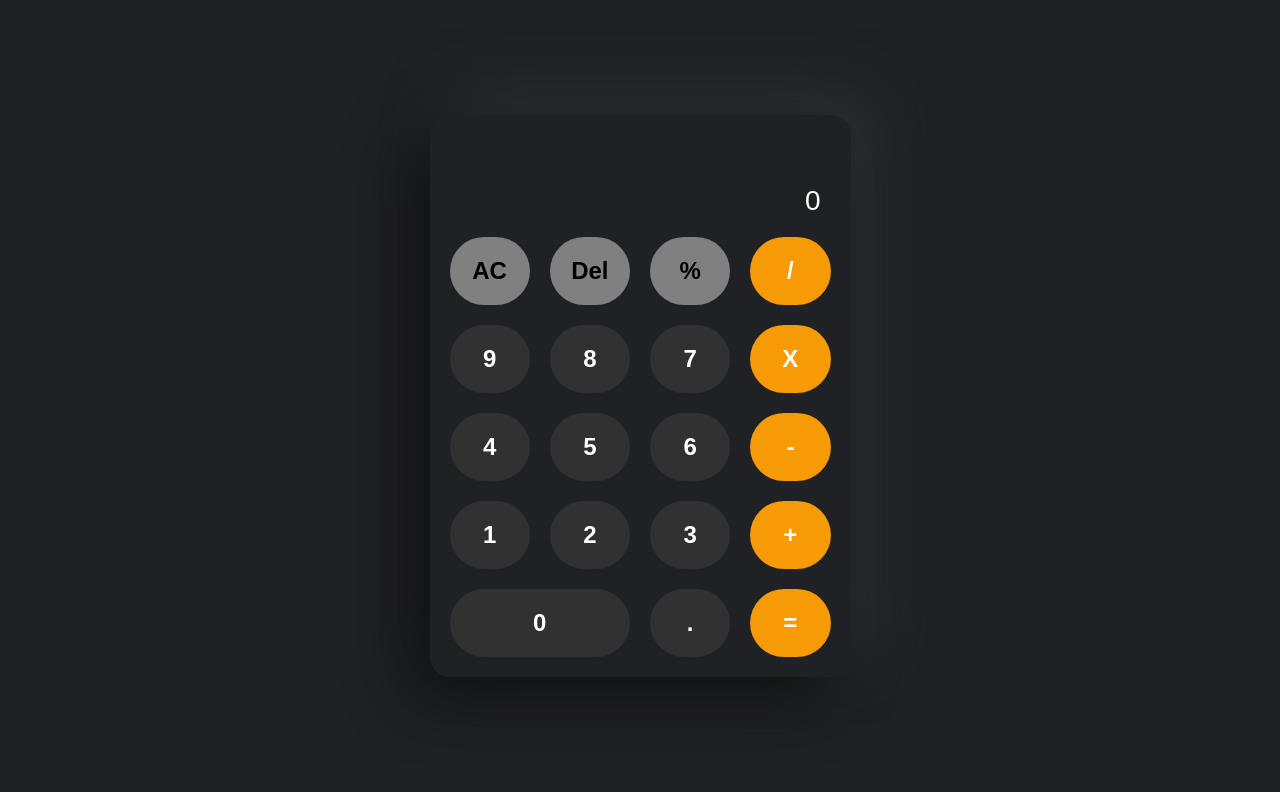
Repository: ble-syn/reactCalculator
Page: /
The author's editor kept a copy of each file at every save. The page is drawn from the files as they stood at one save, then again after the next save.
The browser window is 1280 px wide. The pictures show the whole page.
The project was rebuilt for these pictures with package versions that can differ from the ones it lists, and the page was loaded fresh each time.

Above is the page before, as saved 2022-10-06 22:57:01.

After the next save:
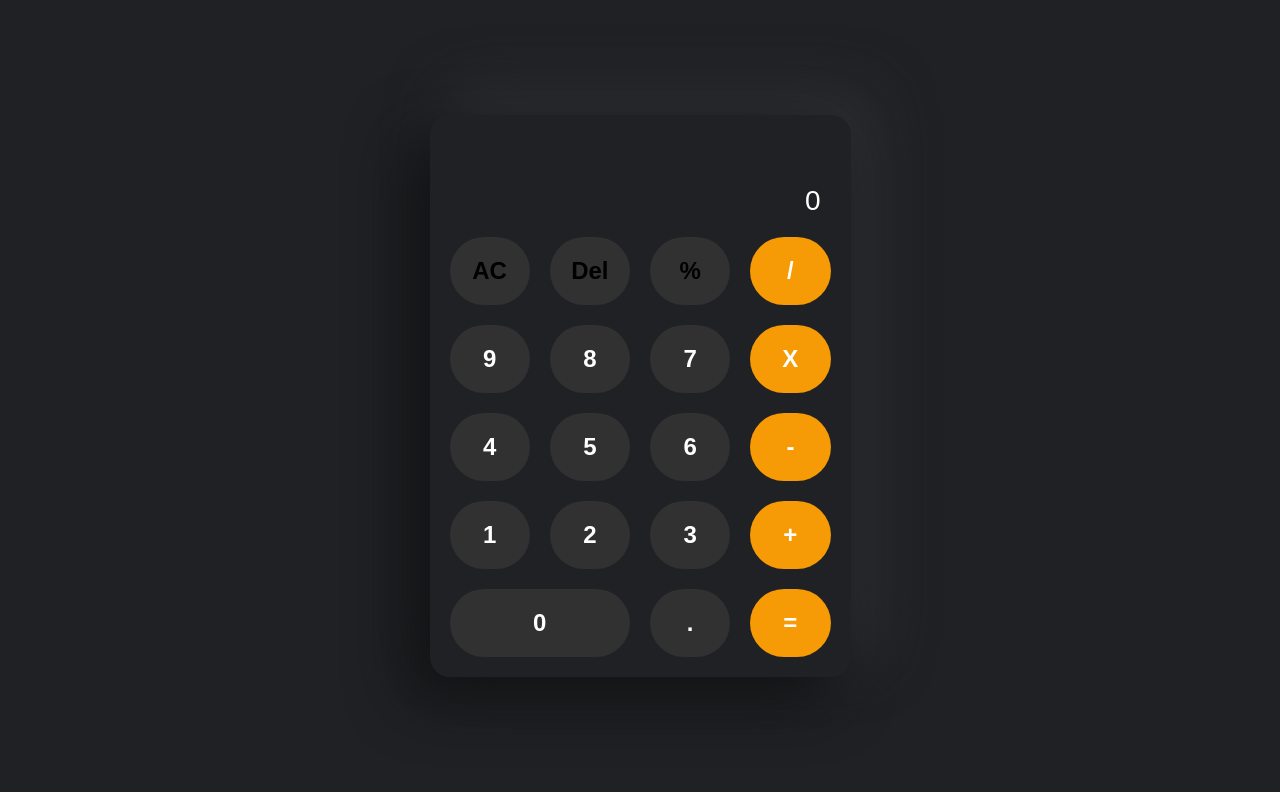
Saved 76 s later.
--- a/src/index.css
+++ b/src/index.css
@@ -63,7 +63,7 @@
   grid-column: 1/3;
 }
 .gray {
-  background-color: gray;
+  background-color: 808080;
   color: #000;
 }
 .yellow {

After the save that followed:
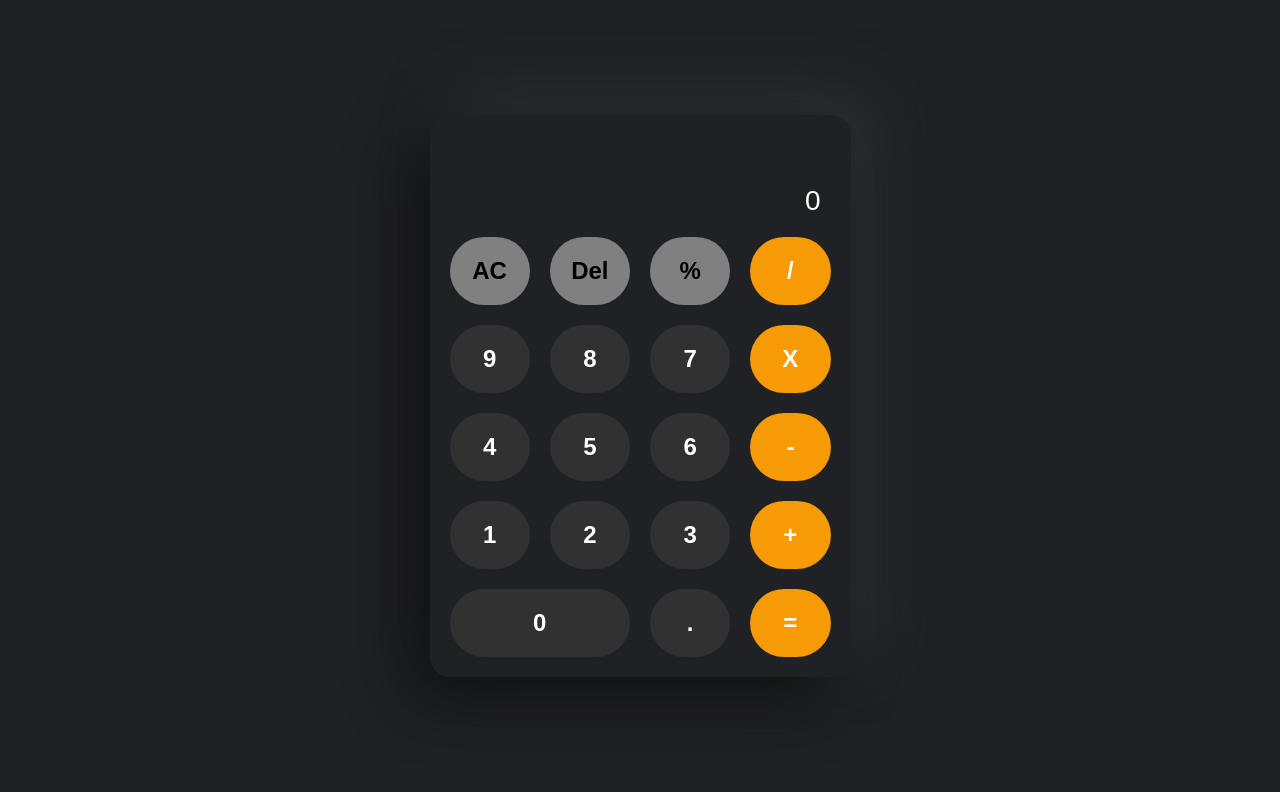
Saved 10 s later.
--- a/src/index.css
+++ b/src/index.css
@@ -63,7 +63,7 @@
   grid-column: 1/3;
 }
 .gray {
-  background-color: 808080;
+  background-color: #808080;
   color: #000;
 }
 .yellow {
